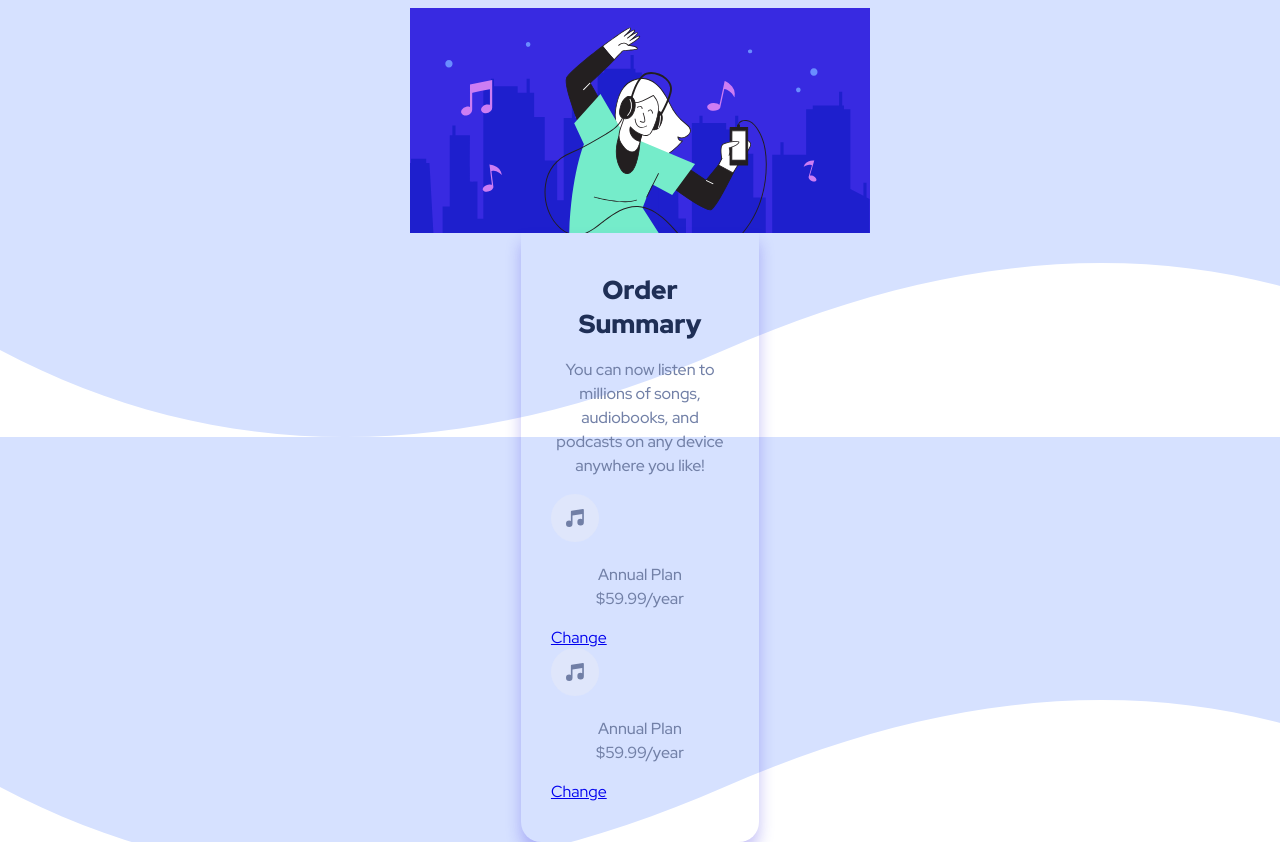
Repository: Pawan-pediredla/frontend-mentors
Page: order-summary-card/order-summary-component-main/markup/index.html
An editor plug-in stored every save of this project. The page is shown before and after a run of saves, followed by the edit.
The browser window is 1280 px wide. The pictures show the whole page.

Above is the page before, as saved 2024-06-22 12:15:28.

After the next 3 saves:
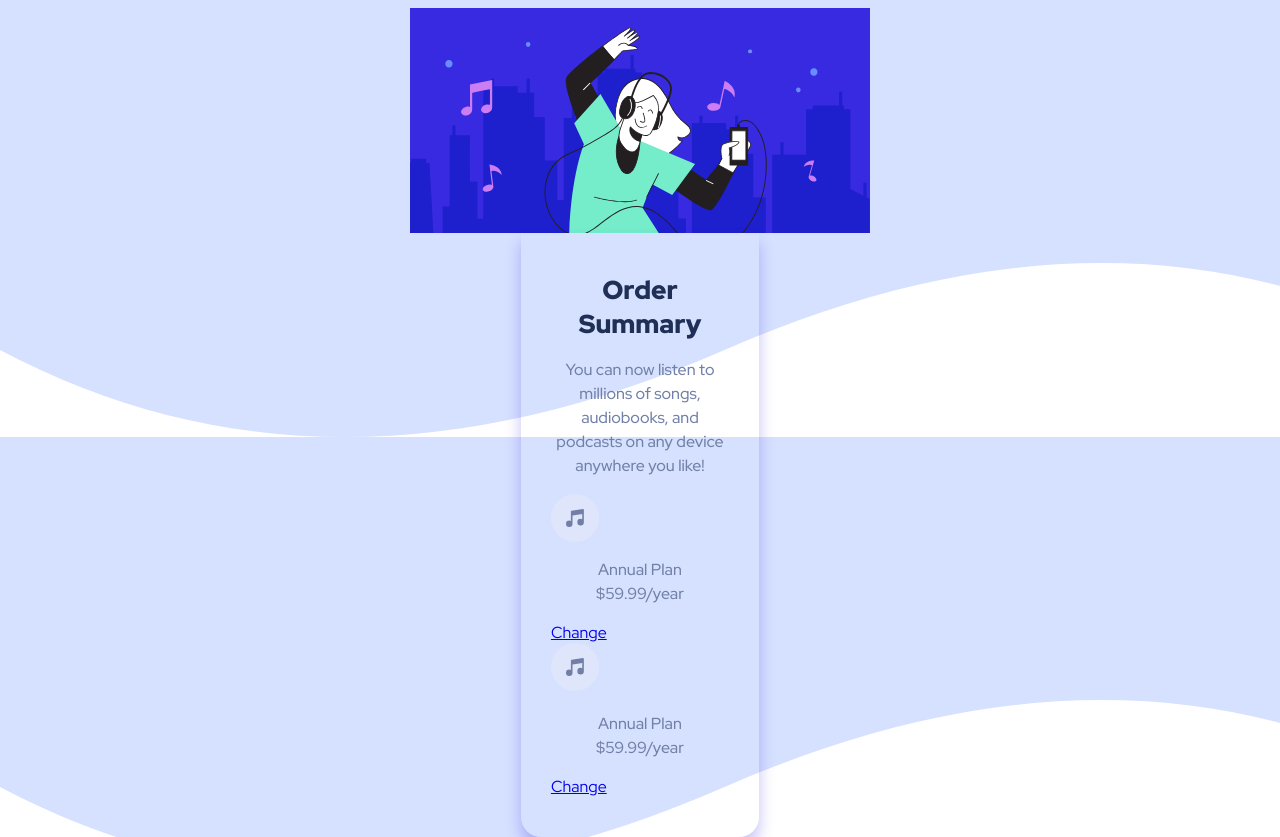
The 3 saves are shown as one change because they came seconds apart.
The last was saved 7 s later.
--- a/order-summary-card/order-summary-component-main/styling/index.css
+++ b/order-summary-card/order-summary-component-main/styling/index.css
@@ -59,4 +59,7 @@
     font-weight: 500;
     line-height: 1.5rem;
   }
-  section.pr
+  section.price{
+    display: grid;
+    gri
+  }
